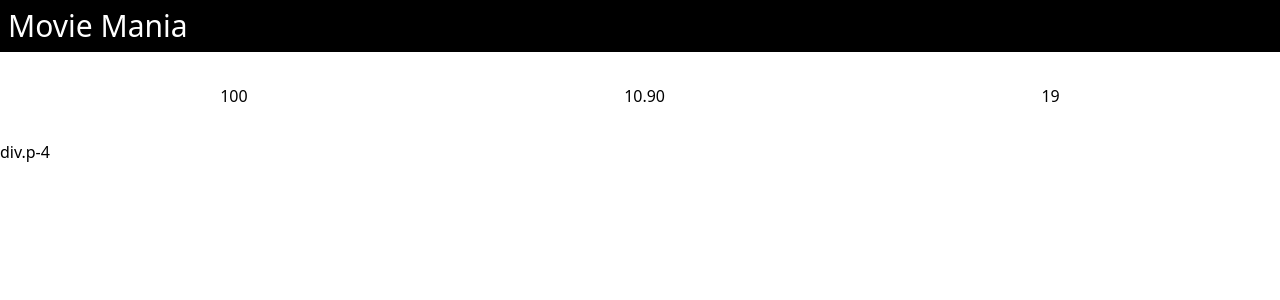
Repository: mdsajib50/Movie-Mania
Page: src/index.html
These files come from the project's save history. The page is drawn as it stood at one moment and after a run of saves; the edit follows.
The browser window is 1280 px wide. The pictures show the whole page.

Above is the page before, as saved 2025-03-07 15:00:04.

After the next 2 saves:
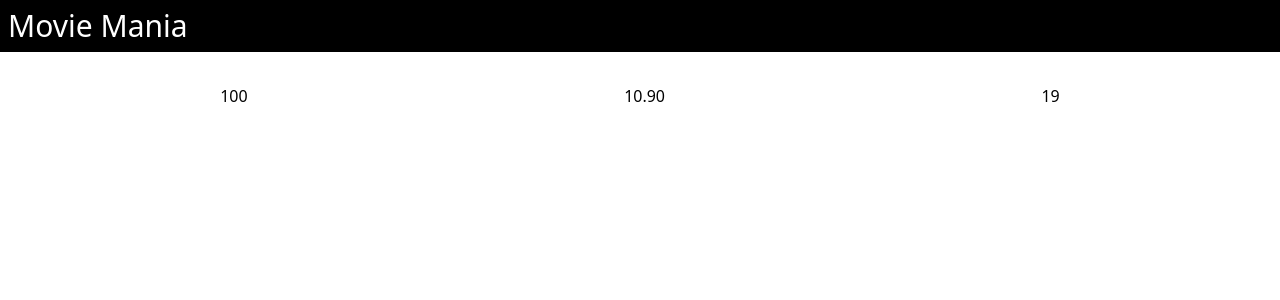
The 2 saves are shown as one change because they came seconds apart.
The last was saved 7 s later.
--- a/src/index.html
+++ b/src/index.html
@@ -18,7 +18,9 @@
             <div class="card" id="tAvgRating"><span>10.90</span></div>
             <div class="card" id="tReviewsId"><span>19</span></div>
         </div>
-        div.p-4
+        <div class="p-4">
+
+        </div>
      </div>
     <script src="script.js"></script>
 </body>
